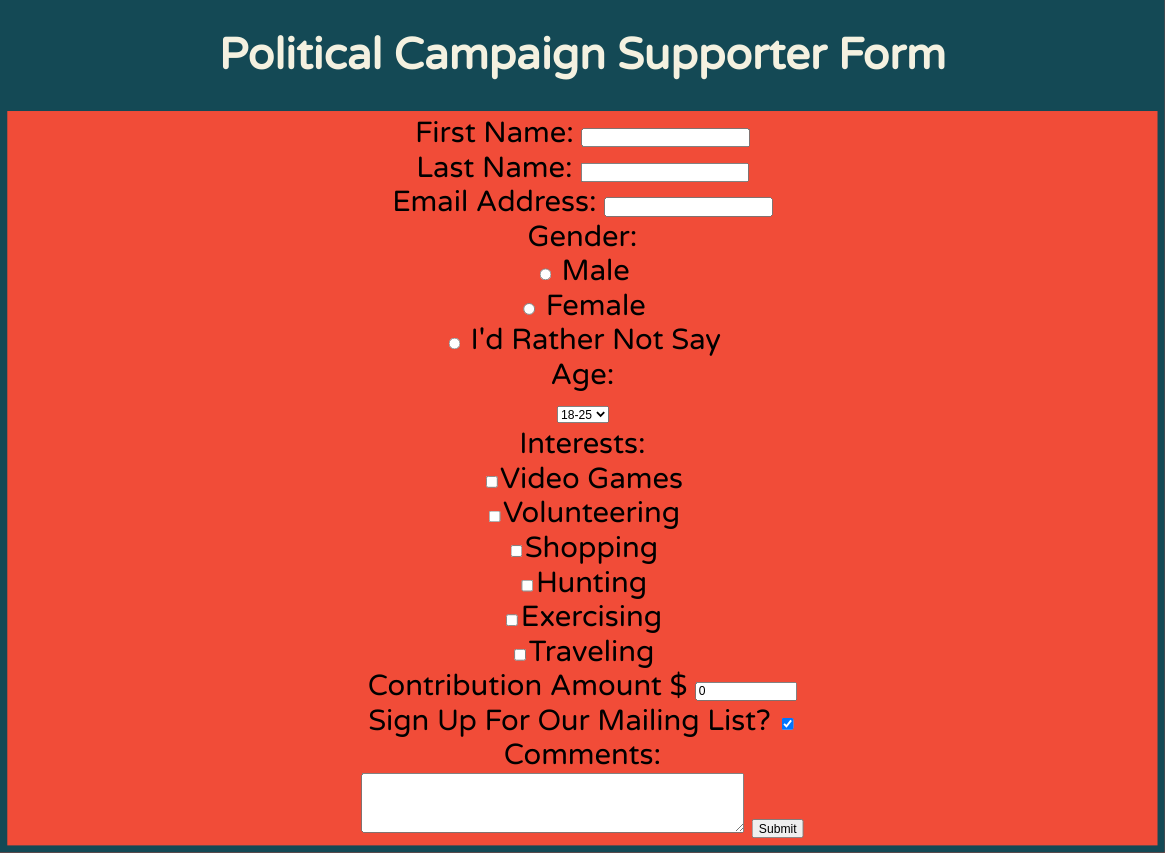
Repository: ryanaanderson0/COSW30
Page: Homework/Homework2/contact.html
The author's editor kept a record of every edit. The page is drawn from the files as they stood at one moment, then again after the next edit.
The browser window is 1280 px wide. The pictures show the whole page, at 91% of full size.

Above is the page before.

After the next edit:
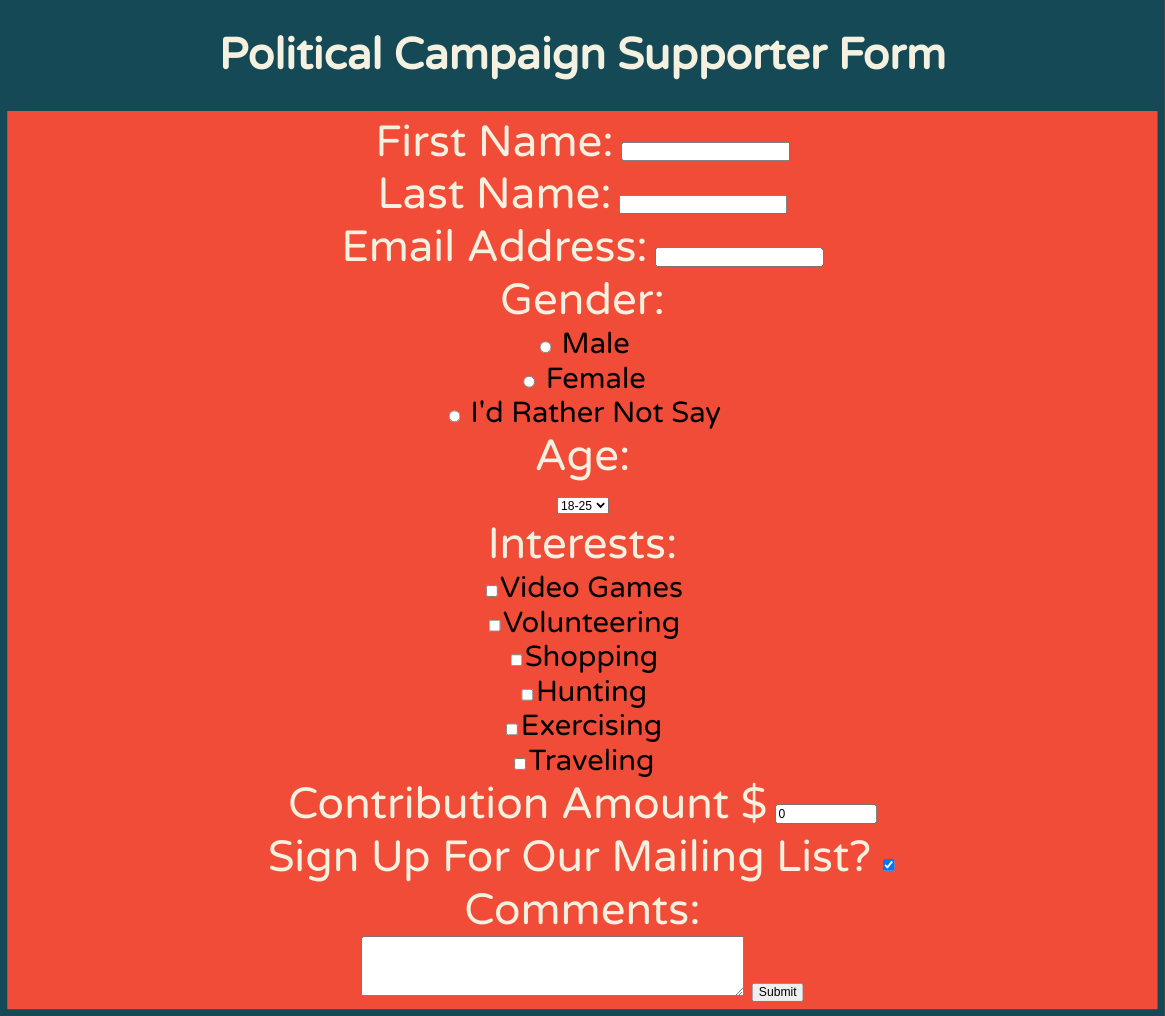
The edit:
--- a/Homework/Homework2/contact.html
+++ b/Homework/Homework2/contact.html
@@ -23,8 +23,10 @@
                 font-family: 'Varela Round' , sans-serif;
             }
 
-            label, select{
-                margin-top: 4px;
+            .title{
+                 margin-top: 4px;
+                 font-size: 1.5em;
+                 color: #F4F1E0;
             }
         </style>
     </head>
